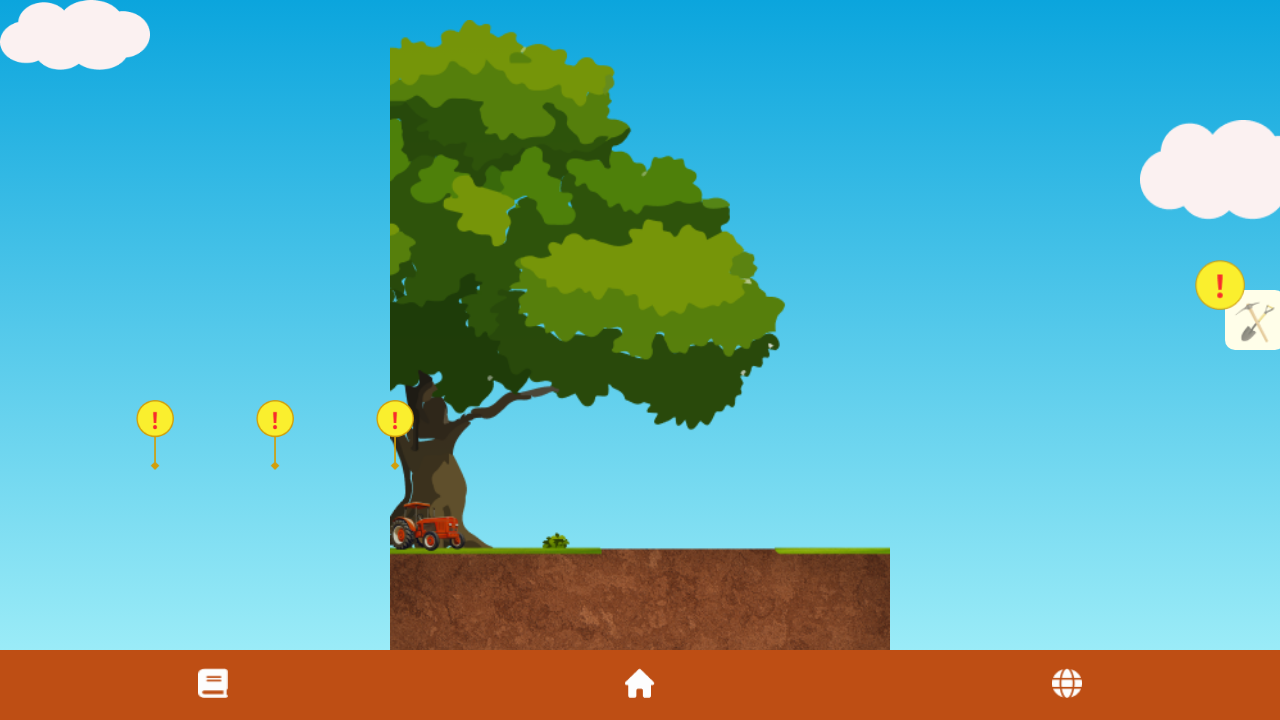
Repository: kobuchisouta/kome-app
Page: /
These files come from the project's save history. The page is drawn as it stood at one moment and after the next save; the edit follows.
The browser window is 1280 px wide. The pictures show the whole page.
The project was rebuilt for these pictures with package versions that can differ from the ones it lists, and the page was loaded fresh each time. The framework's server and built-in components were replaced by stand-ins that run in the browser. Also part of the build but not shown: next.config.ts.

Above is the page before, as saved 2025-01-29 11:07:28.

### src/app/layout.tsx
import type { Metadata } from "next";
import localFont from "next/font/local";
import "./globals.css";
import Footer from "./components/footer/Footer";

const geistSans = localFont({
  src: "./fonts/GeistVF.woff",
  variable: "--font-geist-sans",
  weight: "100 900",
});
const geistMono = localFont({
  src: "./fonts/GeistMonoVF.woff",
  variable: "--font-geist-mono",
  weight: "100 900",
});

export const metadata: Metadata = {
  title: "Create Next App",
  description: "Generated by create next app",
};

export default function RootLayout({
  children,
}: Readonly<{
  children: React.ReactNode;
}>) {
  return (
    <html lang="ja">
      <body>
        <header>
        </header>
        <main>

          {children}
        </main>
        <Footer />
      </body>
    </html>

  );
}

### src/app/page.tsx
"use client";
import Head from 'next/head';
import Image from 'next/image';
import { useState } from 'react';
import styles from './page.module.css'; // モジュールCSS
import Link from 'next/link';

export default function Home() {
  const [isModalOpen, setIsModalOpen] = useState(false);

  const openModal = () => setIsModalOpen(true);
  const closeModal = () => setIsModalOpen(false);

  return (
    <>
      <Head>
        <title>米⭐︎すたー</title>
        <meta name="viewport" content="width=device-width,initial-scale=1.0,minimum-scale=1.0" />
        <meta name="description" content="ここに説明文を設定" />
      </Head>

      <main className={styles.main}>
        <div className={styles.contents}>
          <div className={styles.clouds}>
            <p className={styles.cloud1}>
              <Image src="/cloud1.png" alt="雲" width={150} height={70} />
            </p>
            <p className={styles.cloud2}>
              <Image src="/cloud2.png" alt="雲" width={170} height={100} />
            </p>
          </div>

          <div className={styles.tools}>
            <div className={styles.toolBar}>
              <p>
                <Image src="/tools.png" alt="道具" width={50} height={50} />
              </p>
            </div>
            <div className={styles.lookUp}>
              <p>
                <Image src="/pickup.png" alt="見て" width={50} height={50} />
              </p>
            </div>
          </div>

          <div className={styles.stages}>
            <div className={styles.stagePick}>
              <a className={`${styles.stage} ${styles.modalOpen}`} onClick={openModal}>
                <Image src="/pick.png" alt="クリック" width={70} height={70} />
              </a>
              <a className={`${styles.stage} ${styles.modalOpen}`} onClick={openModal}>
                <Image src="/pick.png" alt="クリック" width={70} height={70} />
              </a>
              <a className={`${styles.stage} ${styles.modalOpen}`} onClick={openModal}>
                <Image src="/pick.png" alt="クリック" width={70} height={70} />
              </a>
            </div>

            {isModalOpen && (
              <div className={styles.modal}>
                <div className={styles.modalInner}>
                  <div className={styles.modalContent}>
                    <div className={styles.modalHeader}>
                      <h1>土地選びと購入準備</h1>
                    </div>
                    <div className={styles.modalBody}>
                      <Link href={"/home"}>エリア調査</Link>
                      <Link href={"/home"}>土地の購入</Link>
                      <a href="#">土地の整地</a>
                      <a href="#">水利権の確認</a>
                      <a href="#">情報収集</a>
                    </div>
                    <div className={styles.modalFooter}>
                      <span className={styles.modalClose} onClick={closeModal}>
                        閉じる
                      </span>
                    </div>
                  </div>
                </div>
              </div>
            )}

            <div className={styles.stageImg}>
              <a className={styles.stage1}>
                <Image src="/ine.png" alt="稲" width={50} height={50} />
              </a>
              <a className={styles.stage2}>
                <Image src="/makimaki.png" alt="田植え" width={70} height={70} />
              </a>
              <a className={styles.stage3}>
                <Image src="/sawasawa.png" alt="手入れ" width={70} height={70} />
              </a>
            </div>
          </div>
        </div>
      </main>
    </>
  );
}

### src/app/globals.css
* {
	margin: 0;
	padding: 0;
	box-sizing: border-box;
}
body {
	color: var(--foreground);
	background: var(--background);
	font-family: Arial, Helvetica, sans-serif;
	-webkit-font-smoothing: antialiased;
	-moz-osx-font-smoothing: grayscale;
	display: flex;
	flex-direction: column;
	width: 100%;
	height: 100%;
	margin: 0 auto;
}

* {
	box-sizing: border-box;
	text-decoration: none;
	list-style: none;
}

html {
	width: 100%;
	height: 100vh;
}

### src/app/components/footer/Footer.tsx

import Image from 'next/image';
import styles from './style.module.css';

export default function Footer() {
    return (
        <footer className={styles.footer}>
            <a href='/book' className={styles.book}>
                <Image src="/book.png" alt="book" width={30} height={30} />
            </a>
            <a href='/' className={styles.home}>
                <Image src="/house.png" alt="house" width={30} height={30} />
            </a>
            <a href='/news' className={styles.globe}>
                <Image src="/globe.png" alt="globe" width={30} height={30} />
            </a>
        </footer>
    );
}

### src/app/page.module.css
.main {
	background: url("/tree.png"), linear-gradient(#0ba5dd 0%, #aaf3fa 100%);
	background-repeat: no-repeat, no-repeat;
	background-position: bottom, center; /* 画像を中央に配置 */
	background-size: 500px 700px, auto; /* グラデーションは自動サイズ、画像はカバー */
	width: 100%;
	height: 100vh;
	position: fixed;
}

.contents {
	z-index: 100;
}

.clouds {
	.cloud1 {
		position: absolute;
	}

	.cloud2 {
		position: absolute;
		top: 120px;
		right: -30px;
	}
}
.tools {
	background: #fffee9;
	border-radius: 10px;
	width: 60px;
	height: 60px;
	position: absolute;
	right: -5px;
	top: 290px;

	.toolBar img {
		position: absolute;
		top: 8px;
		left: 4px;
	}

	.lookUp img {
		position: absolute;
		left: -30px;
		top: -30px;
	}
}

.stages {
	.stageImg {
		position: relative;
		display: flex;
		gap: 50px;
		top: 692px;
		left: 130px;
	}

	.stagePick {
		position: absolute;
		bottom: 220px;
		left: 120px;
		display: flex;
		gap: 20px;
		align-items: flex-end;
		background-color: transparent; /* 必要に応じて透明に設定 */
	}
	.stagePick:hover {
		animation: poyopoyo 2s ease-out infinite;
		opacity: 1;
	}
	@keyframes poyopoyo {
		0%,
		40%,
		60%,
		80% {
			transform: scale(1.0);
		}
		50%,
		70% {
			transform: scale(0.95);
		}
	}

	.stagePick {
		background-color: none;
	}

	.stage {
		position: relative;
		width: 100px;
		height: 100px;
	}
	.stage img {
		object-fit: contain;
	}
}

.modal {
	position: fixed;
	top: 0;
	left: 0;
	width: 100%;
	height: 100%;
	background-color: rgba(0, 0, 0, 0.5);
	display: flex;
	justify-content: center;
	align-items: center;
	z-index: 1000;
}

.modalInner {
	background-color: #f2ac3b;
	padding: 20px;
	border-radius: 10px;
	width: 80%;
	max-width: 500px;
}

.modalHeader,
.modalBody,
.modalFooter {
	margin-bottom: 10px;
	display: flex;
	justify-content: center;
	align-items: center;
	flex-direction: column;
	gap: 10px;
}

.modalHeader h1 {
	color: #fff;
	font-size: 1.5rem;
}

.modalBody a {
	color: #fff;
	border: #fff solid 1px;
	width: 100%;
	height: 50px;
	font-weight: bold;
	text-align: center;
	line-height: 50px;
	border-radius: 8px;
}

.modalClose {
	width: 150px;
	height: 50px;
	border-radius: 8px;
	text-align: center;
	line-height: 50px;
	background: #fff;
}
@keyframes modalopen {
	from {
		opacity: 0;
	}
	to {
		opacity: 1;
	}
}

.modal-header h1 {
	margin: 1rem 0;
}

.modal-close {
	font-size: 1.8rem;
}

.modal-close:hover {
	cursor: pointer;
}

### src/app/components/footer/style.module.css
.footer {
	width: 100%;
	height: 70px;
	display: flex;
	justify-content: space-around;
	align-items: center;
	background: #be4e14;
	z-index: 100;
	position: fixed;
	bottom: 0;
}

After the next save:
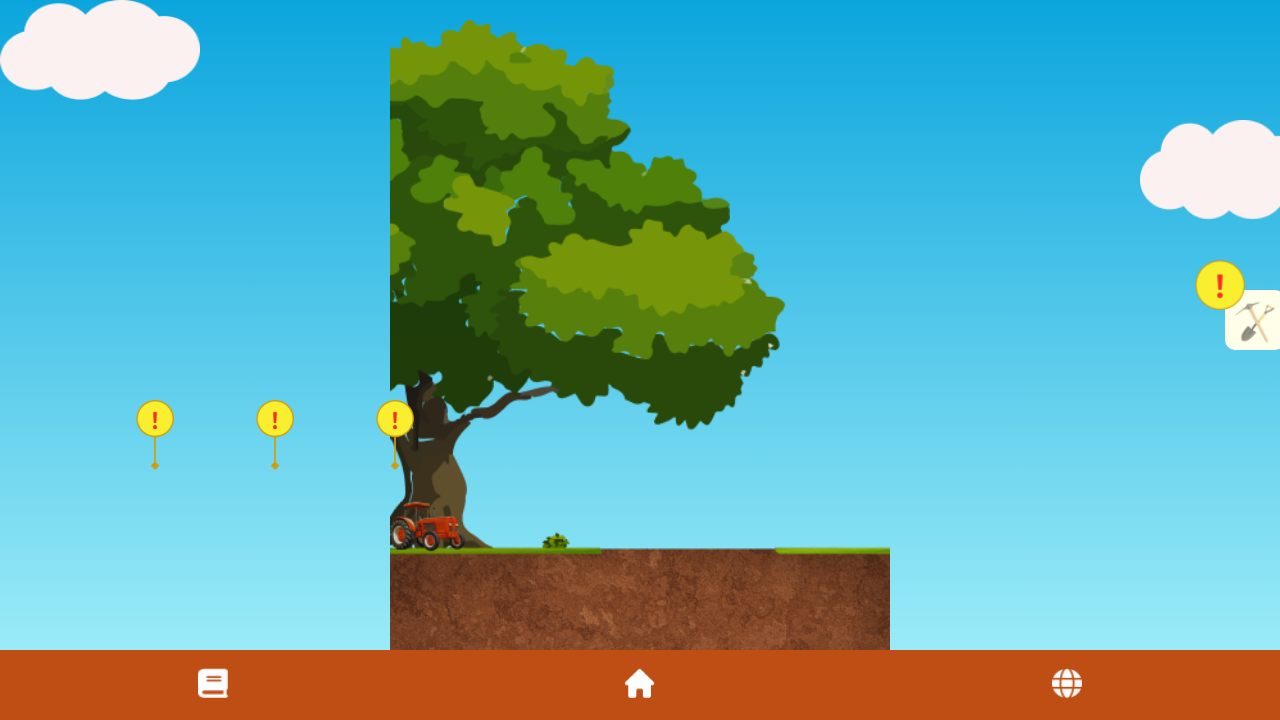
Saved 6 s later.
--- a/src/app/page.tsx
+++ b/src/app/page.tsx
@@ -23,7 +23,7 @@ export default function Home() {
         <div className={styles.contents}>
           <div className={styles.clouds}>
             <p className={styles.cloud1}>
-              <Image src="/cloud1.png" alt="雲" width={150} height={70} />
+              <Image src="/cloud1.png" alt="雲" width={200} height={100} />
             </p>
             <p className={styles.cloud2}>
               <Image src="/cloud2.png" alt="雲" width={170} height={100} />
